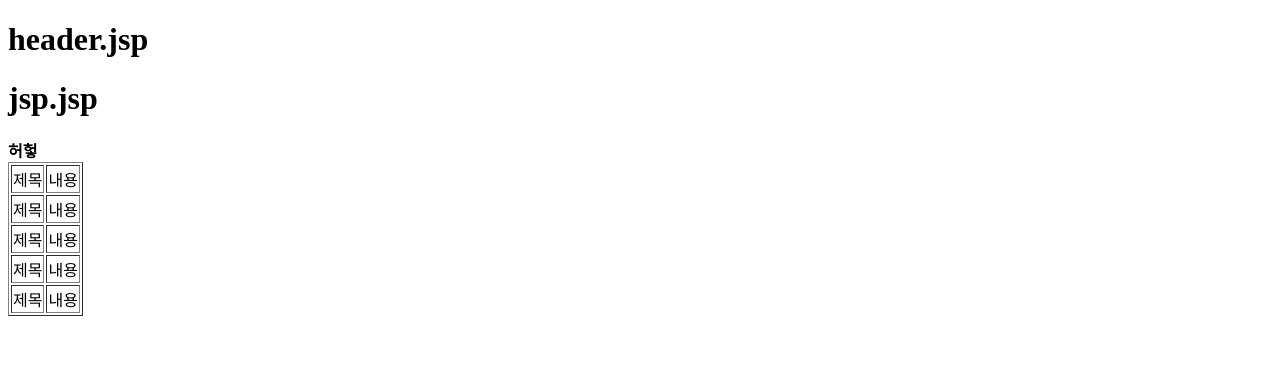
Repository: JaeWon-Sim/Project
Page: http://localhost/_4_project_jsp/jsp.jsp
The author's editor kept a copy of each file at every save. The page is drawn from the files as they stood at one save, then again after the next save.
The browser window is 1280 px wide. The pictures show the whole page.
The page is served by Tomcat 9.

Above is the page before, as saved 2025-08-21 06:12:13.

### workspace_java/_4_project_jsp/src/main/webapp/jsp.jsp
<!-- html 주석 -->
<%-- jsp 주석 --%>

<!-- 디렉티브 테그 -->
<%--
	"<%@"로 시작하는 태그
	1. page
	2. include
 --%>
<%@
	page language="java" contentType="text/html; charset=UTF-8"
	pageEncoding="UTF-8" import="java.util.List" import="java.util.Map"%>
<%-- import 찾는법 --%>
<%@page import="java.util.ArrayList"%>
<%@page import="java.util.*"%>
<!DOCTYPE html>
<html>
<head>
<meta charset="UTF-8">
<title>Insert title here</title>
<script>
	window.onload = function() {
		console.log("jsp");
	}
</script>
</head>
<body>
	<%@ include file="header.jsp"%>

	<h1>jsp.jsp</h1>

	<!-- 스크립틀릿Scriptlet -->
	<%
	//여기는 java 땅입니다
	System.out.println("test");
	out.println("<strong>허헣</strong>");
	%>

	<table border=1>
		<%
		for (int i = 0; i < 5; i++) {
		%>
		<tr>
			<td>제목</td>
			<td>내용</td>
		</tr>
		<%
		}
		%>
	</table>

</body>
</html>

### workspace_java/_4_project_jsp/src/main/webapp/header.jsp
<%@ page language="java" contentType="text/html; charset=UTF-8"
    pageEncoding="UTF-8"%>
<script>
	window.onload = function(){
		console.log("header");
	}
</script>
	<h1>header.jsp</h1>

After the next save:
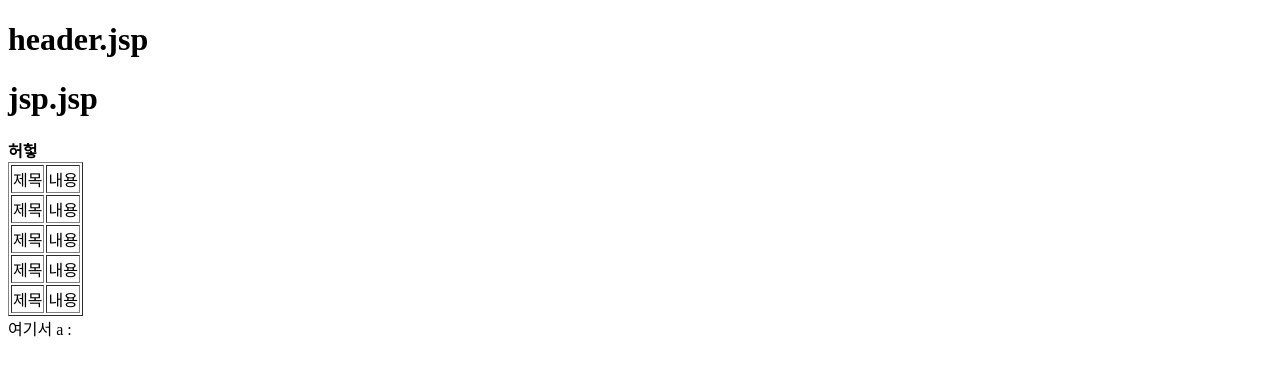
Saved 2 min 59 s later.
--- a/workspace_java/_4_project_jsp/src/main/webapp/jsp.jsp
+++ b/workspace_java/_4_project_jsp/src/main/webapp/jsp.jsp
@@ -48,6 +48,10 @@
 		}
 		%>
 	</table>
+	<%
+		int a = 10;
+	%>
+	여기서 a :
 
 </body>
 </html>
